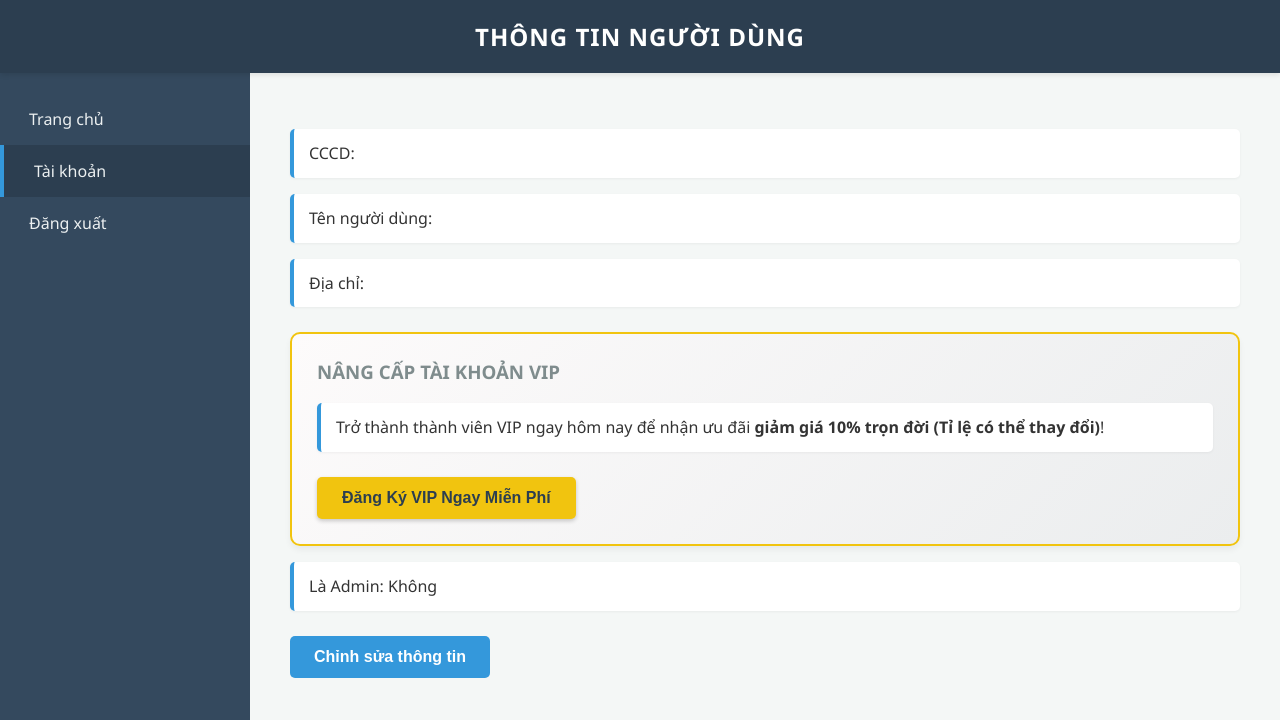
Repository: Chien02/SOAProjects
Page: http://localhost/QuanLyHangHoaWebClient/userInfo.jsp
These files come from the project's save history. The page is drawn as it stood at one moment and after the next save; the edit follows.
The browser window is 1280 px wide. The pictures show the whole page.
The page is served by Tomcat 9. Nobody is signed in. The application's start-up code is not run. The template is opened directly, without the code that normally fills it, so the values that code supplies are empty.

Above is the page before, as saved 2026-03-24 02:09:55.

After the next save:
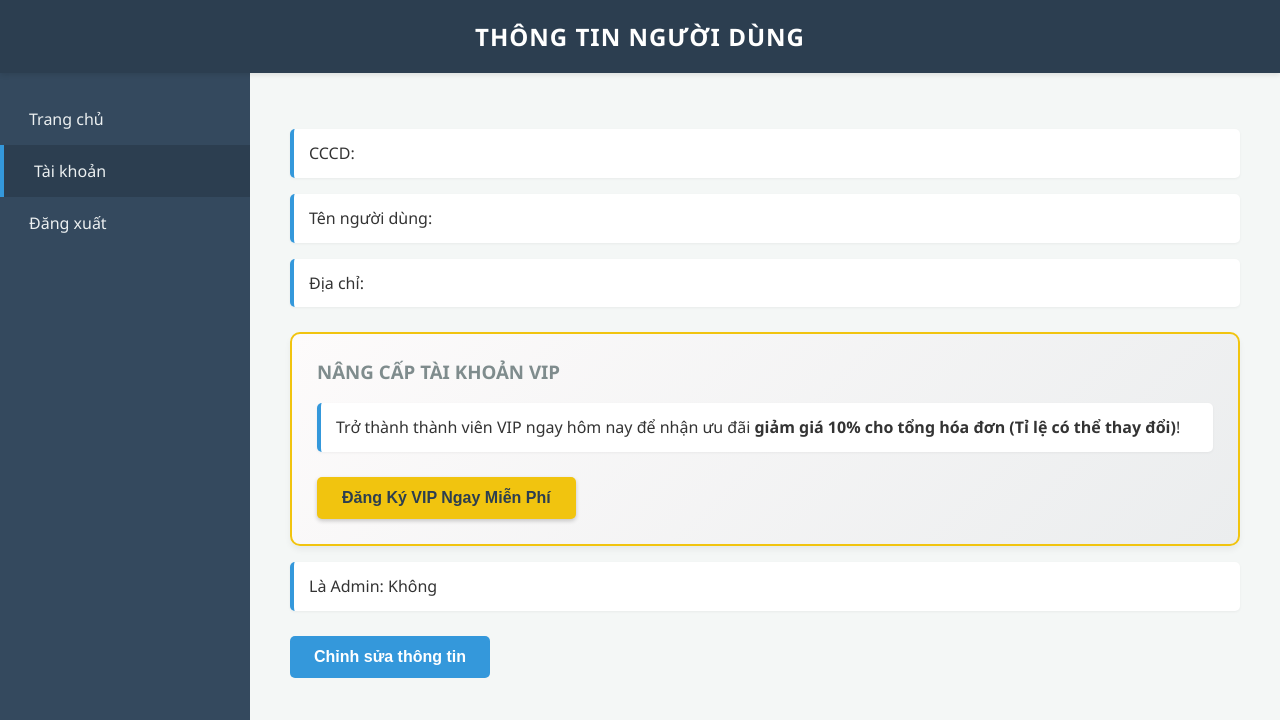
Saved 8 s later.
--- a/QuanLyHangHoaWebClient/WebContent/userInfo.jsp
+++ b/QuanLyHangHoaWebClient/WebContent/userInfo.jsp
@@ -42,7 +42,7 @@
 			        </c:when>
 			        <c:otherwise>
 			            <h3 style="color: #7f8c8d; margin-top: 0;"> NÂNG CẤP TÀI KHOẢN VIP</h3>
-			            <p>Trở thành thành viên VIP ngay hôm nay để nhận ưu đãi <strong>giảm giá 10% trọn đời (Tỉ lệ có thể thay đổi)</strong>!</p>
+			            <p>Trở thành thành viên VIP ngay hôm nay để nhận ưu đãi <strong>giảm giá 10% cho tổng hóa đơn (Tỉ lệ có thể thay đổi)</strong>!</p>
 			            <form action="customer" method="POST" style="display: inline-block;">
 			                <input type="hidden" name="action" value="dangKyVip">
 			                <button type="submit" style="background-color: #f1c40f; color: #2c3e50; font-weight: bold; padding: 12px 25px; border: none; border-radius: 5px; cursor: pointer; box-shadow: 0 2px 4px rgba(0,0,0,0.2);">
